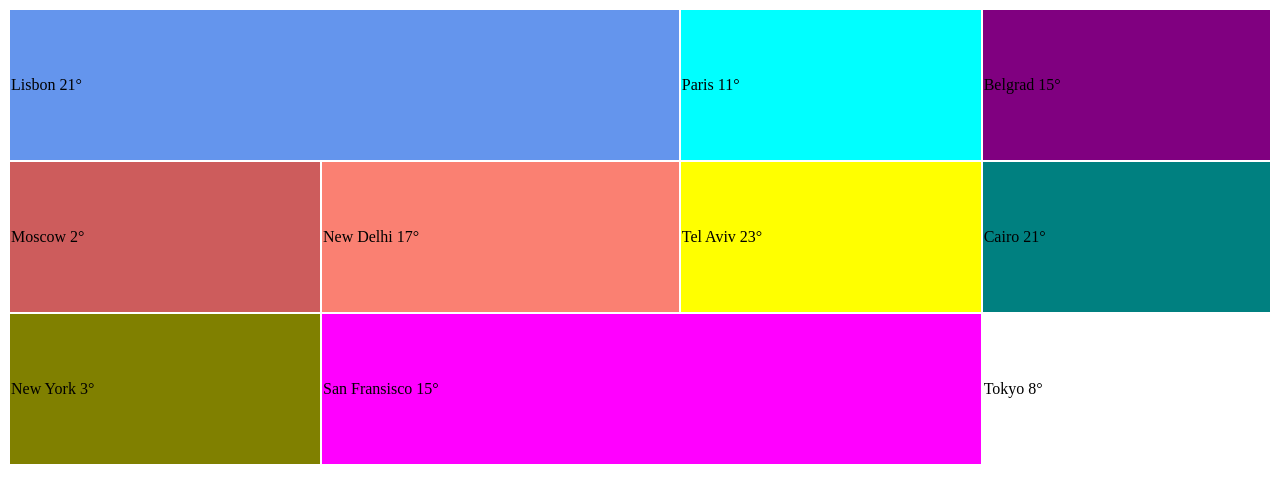
Repository: aysedo/html
Page: Week_2/index.html
An editor plug-in stored every save of this project. The page is shown before and after the next save, followed by the edit.
The browser window is 1280 px wide. The pictures show the whole page.

Above is the page before, as saved 2021-08-24 14:44:37.

### Week_2/index.html
<!DOCTYPE html>
<html lang="en">
  <head>
    <meta charset="UTF-8" />
    <meta http-equiv="X-UA-Compatible" content="IE=edge" />
    <meta name="viewport" content="width=device-width, initial-scale=1.0" />
    <title>Document</title>
  </head>
  <body>
    <table width="100%">
      <tr height="150">
        <td colspan="2" bgcolor="cornflowerblue"> Lisbon 21° </td>
        <td bgcolor="Aqua"> Paris 11° </td>
        <td bgcolor="Purple">Belgrad 15°</td>
      </tr>
      <tr height="150">
        <td bgcolor="Indianred"> Moscow 2° </td>
        <td bgcolor="Salmon"> New Delhi 17° </td>
        <td bgcolor="Yellow"> Tel Aviv 23°</td>
        <td bgcolor="Teal"> Cairo 21° </td>
      </tr>
      <tr height="150">
        <td bgcolor="Olive"> New York 3°</td>
        <td colspan="2" bgcolor="Fuchsia"> San Fransisco 15° </td>
        <td bgcolor=""> Tokyo 8° </td>
      </tr>
    </table>
  </body>
</html>

After the next save:
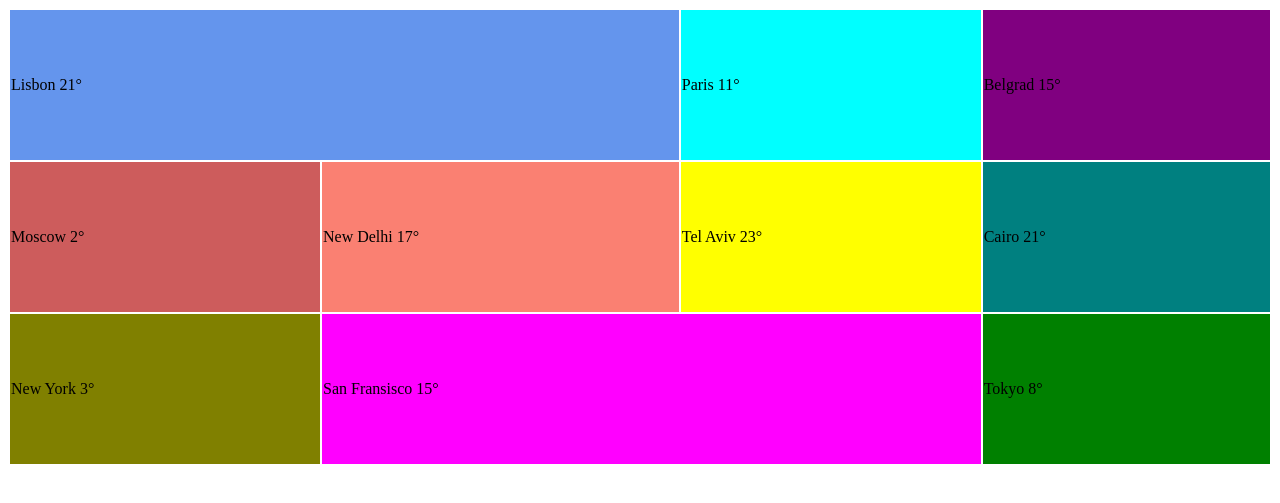
Saved 17 s later.
--- a/Week_2/index.html
+++ b/Week_2/index.html
@@ -22,7 +22,7 @@
       <tr height="150">
         <td bgcolor="Olive"> New York 3°</td>
         <td colspan="2" bgcolor="Fuchsia"> San Fransisco 15° </td>
-        <td bgcolor=""> Tokyo 8° </td>
+        <td bgcolor="Green"> Tokyo 8° </td>
       </tr>
     </table>
   </body>
